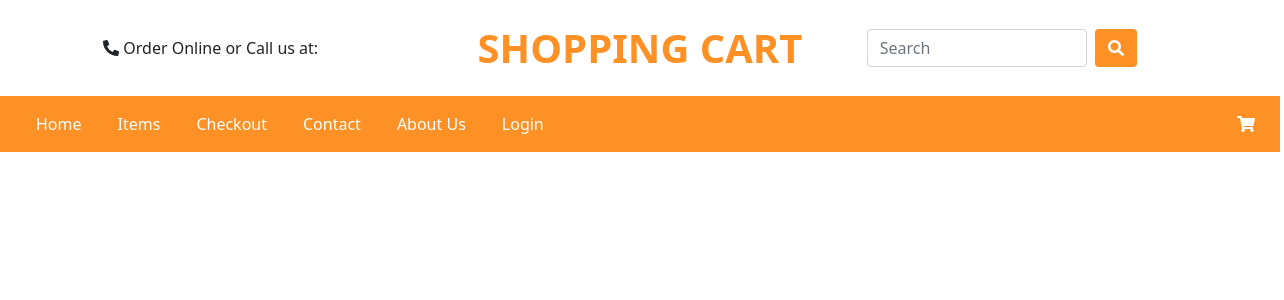
Repository: SaudCh/React-Ecommerce
Page: /login
The author's editor kept a copy of each file at every save. The page is drawn from the files as they stood at one save, then again after the next save.
The browser window is 1280 px wide. The page is 1284 px wide, so the pictures cover 1284 px, including what lies to the right of the window. The pictures show the whole page.
The project was rebuilt for these pictures with package versions that can differ from the ones it lists, and the page was loaded fresh each time. Also part of the build but not shown: src/App.css.

Above is the page before, as saved 2021-12-05 12:47:43.

After the next save:
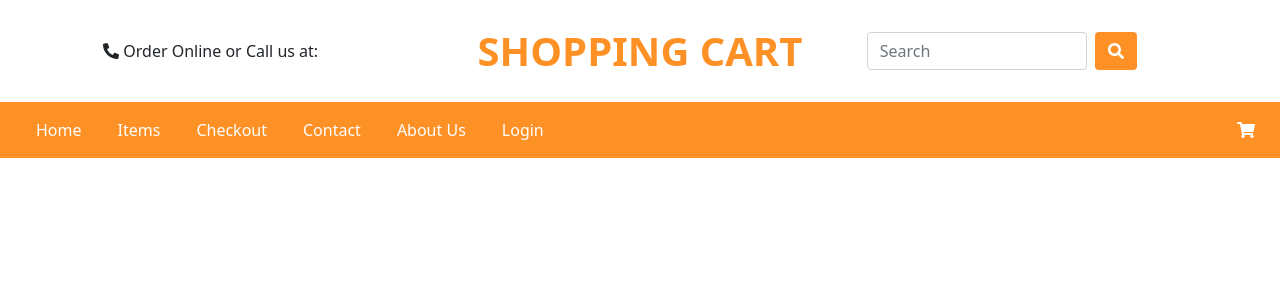
Saved 14 s later.
--- a/src/Header/Header.jsx
+++ b/src/Header/Header.jsx
@@ -24,7 +24,7 @@
             </p>
           </div>
           <div className="col-12 col-md-4 text-center">
-            <form class="d-flex col-12 col-lg-8">
+            <form class="d-flex col-12 col-lg-8 my-2">
               <input
                 class="form-control me-2"
                 type="search"

After the save that followed:
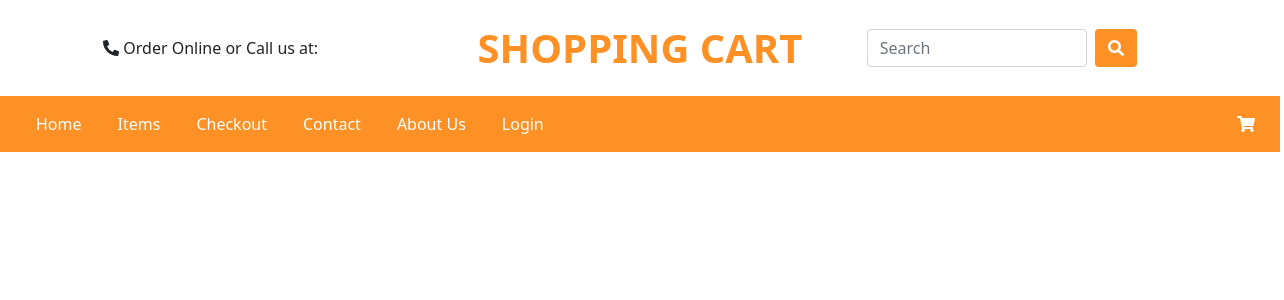
Saved 24 s later.
--- a/src/Header/Header.jsx
+++ b/src/Header/Header.jsx
@@ -24,7 +24,7 @@
             </p>
           </div>
           <div className="col-12 col-md-4 text-center">
-            <form class="d-flex col-12 col-lg-8 my-2">
+            <form class="d-flex col-12 col-lg-8 my-2 my-lg-0">
               <input
                 class="form-control me-2"
                 type="search"
